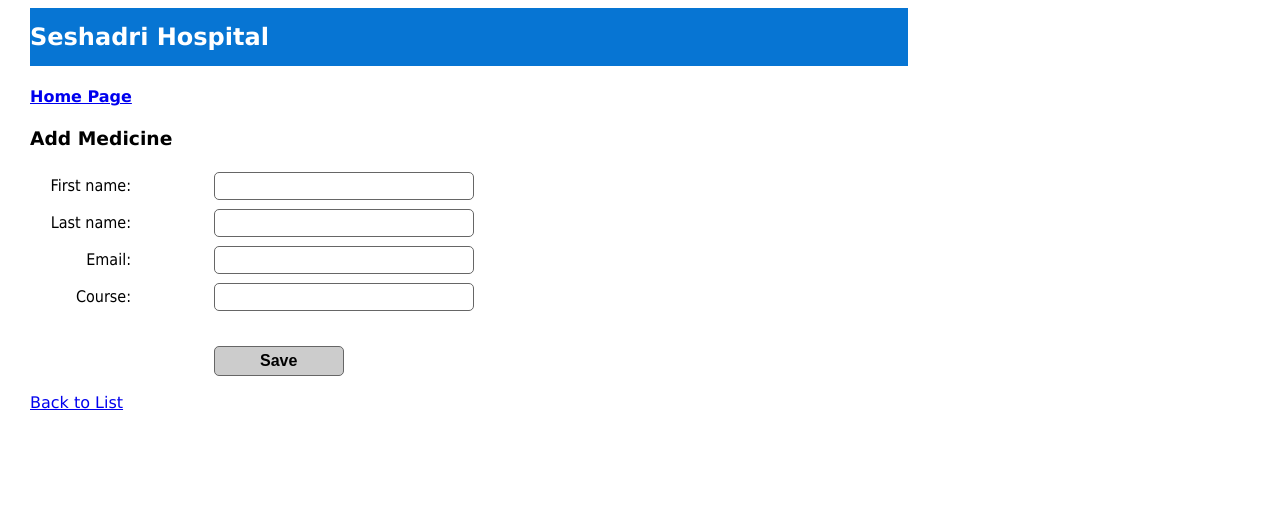
Repository: harshithballa/eclipse-ee
Page: http://localhost/medicines/add-student-form.jsp
The author's editor kept a copy of each file at every save. The page is drawn from the files as they stood at one save, then again after the next save.
The browser window is 1280 px wide. The pictures show the whole page.
The page is served by Tomcat 9. Other server files are loaded and not shown.

Above is the page before, as saved 2020-11-18 11:04:14.

### medicines/WebContent/add-student-form.jsp
<!DOCTYPE html>
<html>

<head>
	<title>Add Medicine</title>

	<link type="text/css" rel="stylesheet" href="css/style.css">
	<link type="text/css" rel="stylesheet" href="css/add-student-style.css">
</head>

<body>
	<div id="wrapper">
		<div id="header">
			<h2>Seshadri Hospital</h2>
		</div>
	</div>

	<div id="container">
		<h4><a href="index.html">Home Page</a></h4>
		<h3>Add Medicine</h3>

		<form action="StudentControllerServlet" method="GET">

			<input type="hidden" name="command" value="ADD" />

			<table>
				<tbody>
					<tr>
						<td><label>First name:</label></td>
						<td><input type="text" name="firstName" /></td>
					</tr>

					<tr>
						<td><label>Last name:</label></td>
						<td><input type="text" name="lastName" /></td>
					</tr>

					<tr>
						<td><label>Email:</label></td>
						<td><input type="text" name="email" /></td>
					</tr>

					<tr>
						<td><label>Course:</label></td>
						<td><input type="text" name="course" /></td>
					</tr>

					<tr>
						<td><label></label></td>
						<td><input type="submit" value="Save" class="save" /></td>
					</tr>

				</tbody>
			</table>
		</form>

		<div style="clear: both;"></div>

		<p>
			<a href="StudentControllerServlet">Back to List</a>
		</p>
	</div>
</body>

</html>

### medicines/WebContent/css/style.css
html, body{
	margin-left:15px; margin-right:15px;
	padding:0px;
	font-family:Verdana, Arial, Helvetica, sans-serif;
}

table {
	border-collapse:collapse;
	border-bottom:1px solid gray;
	font-family: Tahoma,Verdana,Segoe,sans-serif;
	width:72%;
}

th {
	border-bottom:1px solid gray;
	background:none repeat scroll 0 0 #0775d3;
	padding:10px;
	color: #FFFFFF;
}

tr {
	border-top:1px solid gray;
	text-align:center;
}

tr:nth-child(even) {background: #FFFFFF}
tr:nth-child(odd) {background: #BBBBBB}

#wrapper {width: 100%; margin-top: 0px; }
#header {width: 72%; background: #0775d3; margin-top: 0px; padding:15px 0px 15px 0px;}
#header h2 {width: 100%; margin:auto; color: #FFFFFF;}
#container {width: 100%; margin:auto}
#container h3 {color: #000;}
#container #content {margin-top: 20px;}

.add-student-button {
	border: 1px solid #666;
	border-radius: 5px;
	padding: 4px;
	font-size: 12px;
	font-weight: bold;
	width: 120px;
	padding: 5px 10px;

	margin-bottom: 15px;
	background: #cccccc;
}

Loaded but not shown: medicines/WebContent/css/add-student-style.css (common file)

After the next save:
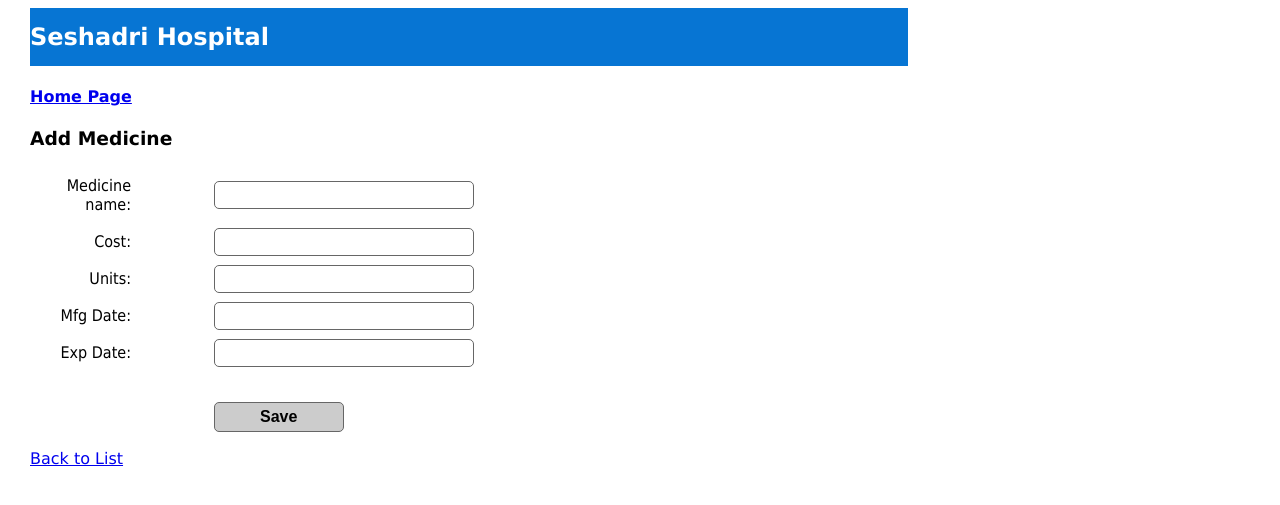
Saved 109 s later.
--- a/medicines/WebContent/add-student-form.jsp
+++ b/medicines/WebContent/add-student-form.jsp
@@ -19,29 +19,34 @@
 		<h4><a href="index.html">Home Page</a></h4>
 		<h3>Add Medicine</h3>
 
-		<form action="StudentControllerServlet" method="GET">
+		<form action="MedicinesControllerServlet" method="GET">
 
 			<input type="hidden" name="command" value="ADD" />
 
 			<table>
 				<tbody>
 					<tr>
-						<td><label>First name:</label></td>
+						<td><label>Medicine name:</label></td>
 						<td><input type="text" name="firstName" /></td>
 					</tr>
 
 					<tr>
-						<td><label>Last name:</label></td>
+						<td><label>Cost:</label></td>
 						<td><input type="text" name="lastName" /></td>
 					</tr>
 
 					<tr>
-						<td><label>Email:</label></td>
+						<td><label>Units:</label></td>
 						<td><input type="text" name="email" /></td>
 					</tr>
 
 					<tr>
-						<td><label>Course:</label></td>
+						<td><label>Mfg Date:</label></td>
+						<td><input type="text" name="course" /></td>
+					</tr>
+
+					<tr>
+						<td><label>Exp Date:</label></td>
 						<td><input type="text" name="course" /></td>
 					</tr>
 
